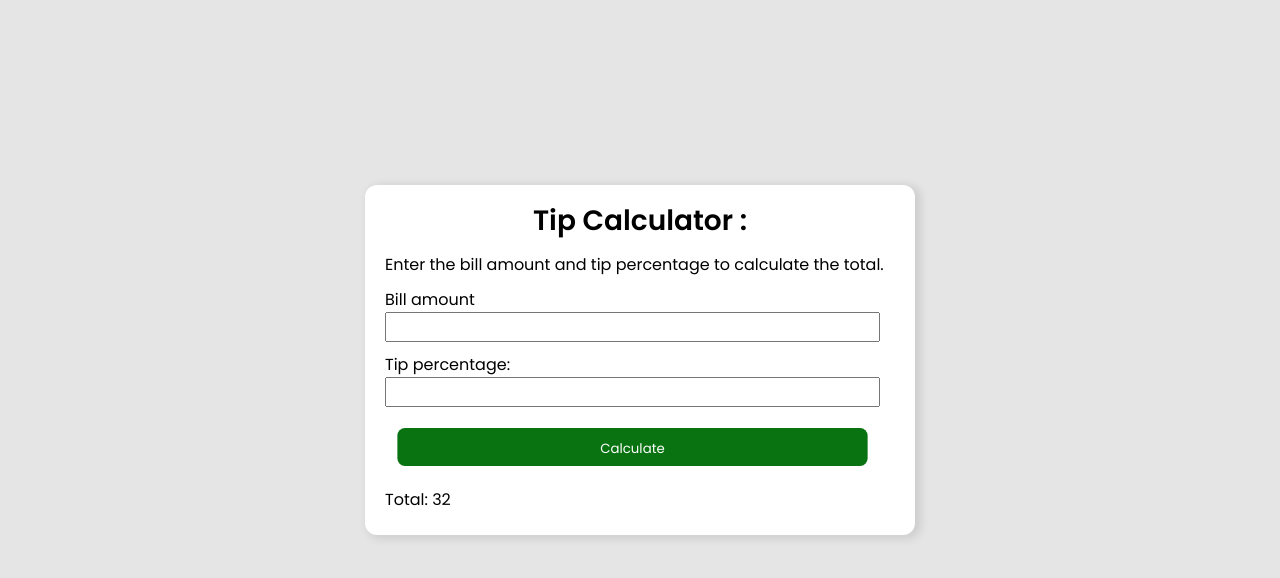
Repository: Ankitkr2021/Tip-Calculator
Page: index.html
The author's editor kept a copy of each file at every save. The page is drawn from the files as they stood at one save, then again after the next save.
The browser window is 1280 px wide. The pictures show the whole page.
The first visible `button` is being pressed.

Above is the page before, as saved 2025-10-27 11:02:12.

After the next save:
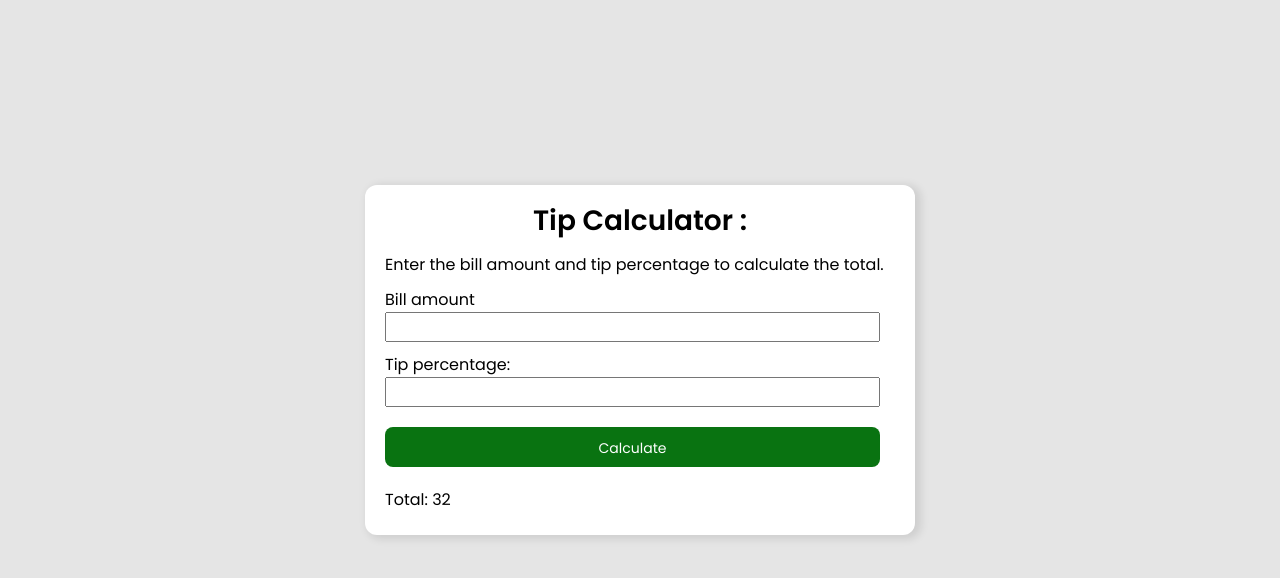
Saved 23 s later.
--- a/style.css
+++ b/style.css
@@ -60,7 +60,7 @@ button {
 }
 
 button:active{
-    transform: scale(0.95);
+    transform: scale(1);
     background: rgb(9,115,17);
 }
 
